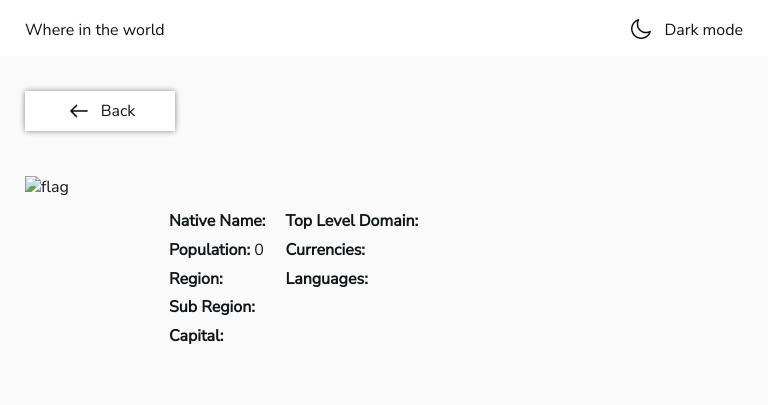
Repository: faithandjs/rest-countries-api
Page: /details
An editor plug-in stored every save of this project. The page is shown before and after the next save, followed by the edit.
The browser window is 768 px wide. The pictures show the whole page.
The page's requests for data from a server got no answer. The project was rebuilt for these pictures with package versions that can differ from the ones it lists, and the page was loaded fresh each time. No one was signed in, and anything a server would have sent is missing. Also part of the build but not shown: src/components/home.tsx.

Above is the page before, as saved 2022-04-16 15:57:36.

### src/App.tsx
import React, {useContext} from 'react';
import Home from './components/home';
import Details from './components/details';
import Nav from './components/nav';
import { Routes, Route } from "react-router-dom"
import Parent, {Wrapper} from './components/parent'

function App() {
  return (
    <div className='app light' style={{height: '100%', width: '100%'}}>
      <Parent>
        <Nav/>
        <Routes >
          <Route path='/' element={<Home/>}/>
          <Route path='details' element={<Details/>}/>
        </Routes>
      </Parent>
    </div>
  );
}

export default App;

### src/components/details.tsx
import React, {useContext} from 'react';
import { useEffect } from 'react';
import { useState } from 'react';
import { Link } from "react-router-dom";
import {Wrapper} from './parent';
import {arrItem, contextType, detailsType} from './type'

//create state that is part of the redux ish that can be updated on click to
//1. change light and dark icons
//3. set paths and alt texts
function Details() {
    const {data, details, currentIcons, settingDetails } = useContext(Wrapper) as contextType
    const [lang, setLang] = useState<any[]>([])

    useEffect(
        ()=>{
            let arr:any[] = []
                Object.entries(details.languages).forEach(([key, value], index) => {
                arr.push(value)
        })
            setLang(arr)
        }, [details]
    )
    const borderClick = (testName:string) => {
        data.map((item )=> {
            if (item.name.common === testName){
                settingDetails(item)
            }
        })
    }
    const borderCheck = () => {
        if (details.borders.length === 0 || details.borders === undefined){
            return null
        }else{
            return(
            <div className='border'>
                <span className='border-title'>border countries: </span>
                <div className='borders'>
                    {details.borders.map((item, index) => {

                    return <span onClick={() => borderClick(item) }>{item }</span>
                        })}
                </div>
            </div>)
        }
    }
    return (
        <div className='details '>
            <Link to='/'><div className='back'><img src={currentIcons.arrow} alt='left arrow, back icon'/> <span>Back</span></div></Link>
            <div className='content '>
                <div className='flag'><img src={details.flag} alt='flag'/></div>
                <div className='moreContent'>
                    <div className='name'>{details.name} </div>
                    <div className='lists'>
                        <ul>
                            <li><span>Native name: </span>{details.nativeName}</li>
                            <li><span>Population: </span>{details.population}</li>
                            <li><span>region: </span>{details.region}</li>
                            <li><span>sub region: </span>{details.subRegion}</li>
                            <li><span>capital: </span>{details.capital}</li>
                        </ul>
                        <ul>
                            <li><span>top level domain: </span>{details.tld}</li>
                            <li><span>currencies: </span>{details.currencies.map((item, index) => {
                                    if(index === 0){
                                        return `${item}`
                                    }else{
                                        return `, ${item}`
                                    }
                                })}</li>
                            <li><span>languages: </span>
                                {lang.map((item, index) => {
                                    if(index === 0){
                                        return `${item}`
                                    }else{
                                        return `, ${item}`
                                    }
                                })}
                            </li>

                        </ul>
                    </div>
                    {borderCheck()}
                </div>
            </div>
        </div>
    );
}

export default Details;

### src/components/nav.tsx
import React, {useContext} from 'react';
import {Wrapper} from './parent';
import {contextType, currentIconsType} from './type'

function Nav() {
    const { currentIcons, changeClasses } = useContext(Wrapper) as contextType
//console.log(currentIcons)
    return (
        <div className='navbar'>
            <div>Where in the world</div>
            <div onClick={() => changeClasses()} className='mode-box'>
                <img src={currentIcons.src} alt='mode icon' />
                <span>Dark mode</span>
            </div>
        </div>
    );
}

export default Nav;

### src/components/parent.tsx
import React, { createContext, useRef, useState, useEffect, useMemo, Props, ClassAttributes } from 'react';
import arrowWhite from './images/next.png'
import arrowBlack from './images/next (1).png'
import mode from './images/sleep-mode (1).png'
import modeFill from './images/sleep-mode (2).png'
import {arrItem, contextType, detailsType, items, currentIconsType} from './type'

export const Wrapper = createContext<contextType | null>(null)
const { Provider } = Wrapper
const Parent: React.FC<React.ReactNode> =({children}) => {
    const axios = require('axios').default;
    const [data, setData] = useState<arrItem[]>([])
    const modeIcons = {
        dark: {
            mode: modeFill,
            arrow: arrowWhite,
            text: 'Dark Mode'
        },
        light: {
            mode: mode,
            arrow: arrowBlack,
            text: 'Light Mode'
        }
    }
    const [details, setDetails] = useState<detailsType>(
        {
        flag: '',
        name: '',
        nativeName: '',
        population: 0,
        region: '',
        subRegion: '',
        capital: [],
        tld: [],
        currencies: [],
        languages: {},
        borders: []
    })

    const getLSD = localStorage.getItem('countries-data-details')
    const getLS = localStorage.getItem('countries-data')
    const passed = useRef<boolean>(false)
    const passed1 = useRef<boolean>(false)
    const native = useRef<string>('')
    const currency = useRef<string[]>([])
    const [currentIcons, setCurrentIcons] = useState<currentIconsType>({
        src: modeIcons.light.mode,
        arrow: modeIcons.light.arrow,
        text:  modeIcons.light.text
    })
    const changeClasses = () => {
        const box = document.querySelector('.app')?.classList
        if(document.querySelector('.light')){
             box?.add('dark')
             box?.remove('light')
             setCurrentIcons({
                src: modeIcons.dark.mode,
                arrow: modeIcons.dark.arrow,
                text:  modeIcons.dark.text
             })
        }else if(document.querySelector('.dark' )){
            setCurrentIcons({
                src: modeIcons.light.mode,
                arrow: modeIcons.light.arrow,
                text:  modeIcons.light.text
             })
            box?.add('light')
            box?.remove('dark')
        }
     }
    const settingDetails = (obj:arrItem) => {
        data.map((item, index) => {
            if (item.name.common === obj.name.common){
            const active = data[index]
            const nativeNames = active.name.nativeName;
            Object.entries(nativeNames).forEach(([key, value], index) => {
                if (index === (Object.keys(nativeNames).length - 1)){
                    native.current = value.common
                }
              });
            let arr:string[] = []
            Object.entries(active.currencies).forEach(([key, value], index) => {
                arr.push(value.name)
            });
            let arr2:string[] = []
            if (active.borders){
                active.borders.map(item => {
                    let item1 = item
                    data.map(item => {
                        if (item.cca3 === item1){
                            arr2.push(item.name.common)
                        }
                    })
                })
            }
            setDetails({
                flag: active.flags.svg,
                name: active.name.common,
                nativeName: native.current,
                population: active.population,
                region: active.region,
                subRegion: active.subregion,
                capital: active.capital,
                tld: active.tld,
                currencies: arr,
                languages: active.languages,
                borders: arr2
            })
            }
        })

    }

    useEffect(
        () => {
            if(!passed.current){
                console.log(passed, 'lsd')
                if(  getLSD   ){
                    console.log(getLSD,JSON.parse(getLSD!).name !== '')
                    if(JSON.parse(getLSD!).name !== ''){
                        setDetails(JSON.parse(getLSD!))
                        console.log('here')
                    }
                }
            }
        },[]
    )
    useEffect(
        () => {
            if(passed.current){localStorage.setItem('countries-data-details', JSON.stringify(details))}
        }
    , [details])
    useEffect(
        () => {
            if(!passed.current){

            console.log(passed, 'ls')
                if( getLS === 'undefined' || getLS === null || getLS === '[]'){
                axios.get('https://restcountries.com/v3.1/all')
                .then(function (response:any) {
                    setData(response.data)
                })
                .catch(function (error:any) {
                    console.log(error);
                  })
                }else{
                    setData(JSON.parse(getLS))
                }
                passed.current = true;
            }
        }
            ,[])
    const value:contextType = useMemo(
        () => ({data, details, currentIcons, changeClasses, settingDetails})
        , [data, details, currentIcons, changeClasses, settingDetails]
    )
    return (
        <Provider value={value}>
           {children}
        </Provider>
    );
}
export default Parent;

### src/components/style/style.scss
@import url('https://fonts.googleapis.com/css2?family=Nunito+Sans&display=swap');
$DarkBlue: hsl(209, 23%, 22%); // (Dark Mode Elements)
$VeryDarkBlue: hsl(207, 26%, 17%); //(Dark Mode Background)
$VeryDark: hsl(200, 15%, 8%); //(Light Mode Text)
$DarkGray: hsl(0, 0%, 52%); //(Light Mode Input)
$VeryLightGray: hsl(0, 0%, 98%); // (Light Mode Background)
$White: hsl(0, 0%, 100%); //(Dark Mode Text & Light Mode Elements)
$shadow: 0px 0px 1px 0.2px ;
@mixin theme ($bg, $element, $text, $shadowColor) {
    //body{
    background: $bg;
    color: $text;
    //background: linear-gradient(45deg, $bg, $bg) repeat fixed center;
    //}

    .navbar{
        background-color: $element;
    }
    a:-webkit-any-link{
        color: $text;
    }
    .details{
        .borders span, .back{
            background-color: $element;
        }
        .borders span{
            box-shadow: 0px 0px 3px 0.1px $shadowColor;
        }
        .back{
            box-shadow: 0px 0px 6px 0.2px $shadowColor;
        }
    }
    .home{
        form{
            div{
                box-shadow: $shadow $shadowColor;
                input{
                    background-color: $element;
                    color: $text;
                }
                background-color: $element;
            }
            select{
                box-shadow: $shadow $shadowColor;
                background-color: $element;
                color: $text;
            }
        }
        .all-flags{
            .a-flag{
                background-color: $element;
                box-shadow: $shadow $shadowColor;
            }
        }
    }

}
.dark{
    @include theme($VeryDarkBlue, $DarkBlue , $White, $VeryDark)
}
.light{
    @include theme($VeryLightGray, $White , $VeryDark, $DarkGray )
}
.app{
    font-family: 'Nunito Sans', sans-serif;
    position: fixed;
    overflow: auto;
}
.navbar{
    display: flex;
    justify-content: space-between;
    padding: 15px 25px;
    align-items: baseline;
    /*position: fixed;
    top: 0;
    left: 0;*/
    img{
        width: 20px;
        padding: 0 13px 0 1px ;
        position: relative;
        top: 4px;
    }
    //color at the bottom?
    //also this part is diffrent from background
}
.details {
    padding: 0 25px 25px;
    font-weight: 300;
    .back{
        width: 150px;
        height: 40px;
        margin: 35px 0 45px 0;
        text-align: center;
        display: flex;
        justify-content: center;
        align-items: center;
        img{
            transform: rotate(180deg) scale(0.15);
        }
        span{
            position: relative;
            left: -50px;
        }
        img, span{
            padding: 0 4px;
        }
    }
    .content{
        display: flex;
        //align-items: baseline;
        .flag{
            img{
                width: 400px;
                margin-right:100px;
            }
        }
        .moreContent{
            ul span, .border-title{
                font-weight: 600;
                text-transform: capitalize;
            }
            .name{
                font-weight: 800;
                font-size: 30px;
            }
            .lists{
                display: flex;
                justify-content: space-between;
                line-height: 1.8;
                padding: 15px 0 45px;
                ul{
                    list-style-type: none;
                    padding-inline-start: 0;
                    padding-right: 20px;
                }
            }
            .border{
                display: flex;
                align-items: baseline;
                border: 0;
                .border-title{
                    white-space: nowrap;
                }
                .borders{
                    display: flex;
                    flex-wrap: wrap;
                    span{
                        min-width: 100px;
                        margin: 0 10px 15px;
                        padding: 7px 12px;
                        text-align: center;
                    }
                }
            }
        }
    }
}
/*.details, .content, .moreContent, .border{
    width: 100%;
}*/
a:-webkit-any-link {
    text-decoration: none;
}
.mode-box:hover, select:hover, .border div:hover{
    cursor: pointer;
 }
.home{
    form{
        display: flex;
        justify-content: space-between;
        padding: 35px 25px 45px;
        input, select{
            outline: 0;
        }
        div{
            width: 300px;
            padding: 15px 7px;
            display: flex;
            border-radius: 4px;
            img{
                width: 17px;
                padding: 0 10px;
            }
            input{
                border: 0;
            }
        }
        select{
            border-radius: 4px;
            width: 130px;
            border: 0;
            padding: 15px 7px;
        }
    }
        margin: 0 25px;
    .all-flags{
        display: flex;
        flex-wrap: wrap;
        justify-content: space-around;
        .a-flag{
            margin: 0 15px 35px;
            //padding: 10px;
            width: 280px;
            height: 330px;
            border-radius: 7px;
            .flag-box{
                height: 170px;
                width: 100%;
                img{
                    width: -webkit-fill-available;
                    height: 100%;
                    object-fit: fill;
                    border-top-left-radius: 7px;
                    border-top-right-radius: 7px;
                }
            }
            .text{
                padding: 0 6px;
                span{
                    text-transform: capitalize;
                    font-weight: bold;
                }
            }
        }
    }//0px 0px 4px 0.3px hsl(200deg 15% 8%) box shadow
}

Loaded but not shown: src/index.tsx (common file); src/index.css (common file); src/reportWebVitals.ts (common file)

After the next save:
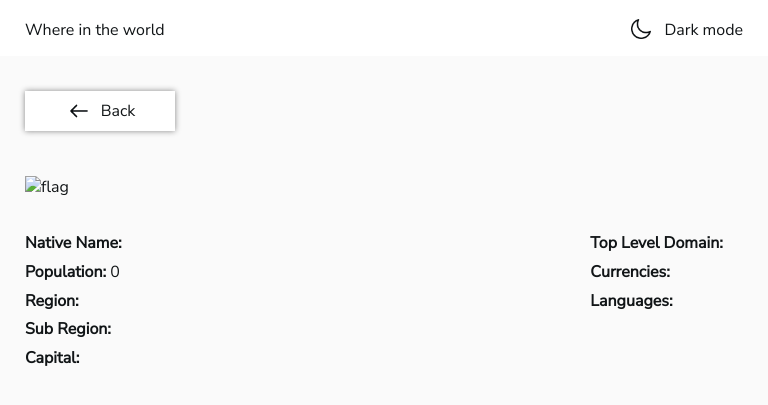
Saved 2 min 51 s later.
--- a/src/components/style/style.scss
+++ b/src/components/style/style.scss
@@ -224,3 +224,10 @@ a:-webkit-any-link {
         }
     }//0px 0px 4px 0.3px hsl(200deg 15% 8%) box shadow
 }
+@media screen and (max-width: 768px) {
+    .details{
+        .content{
+            display: block;
+        }
+    }
+}
